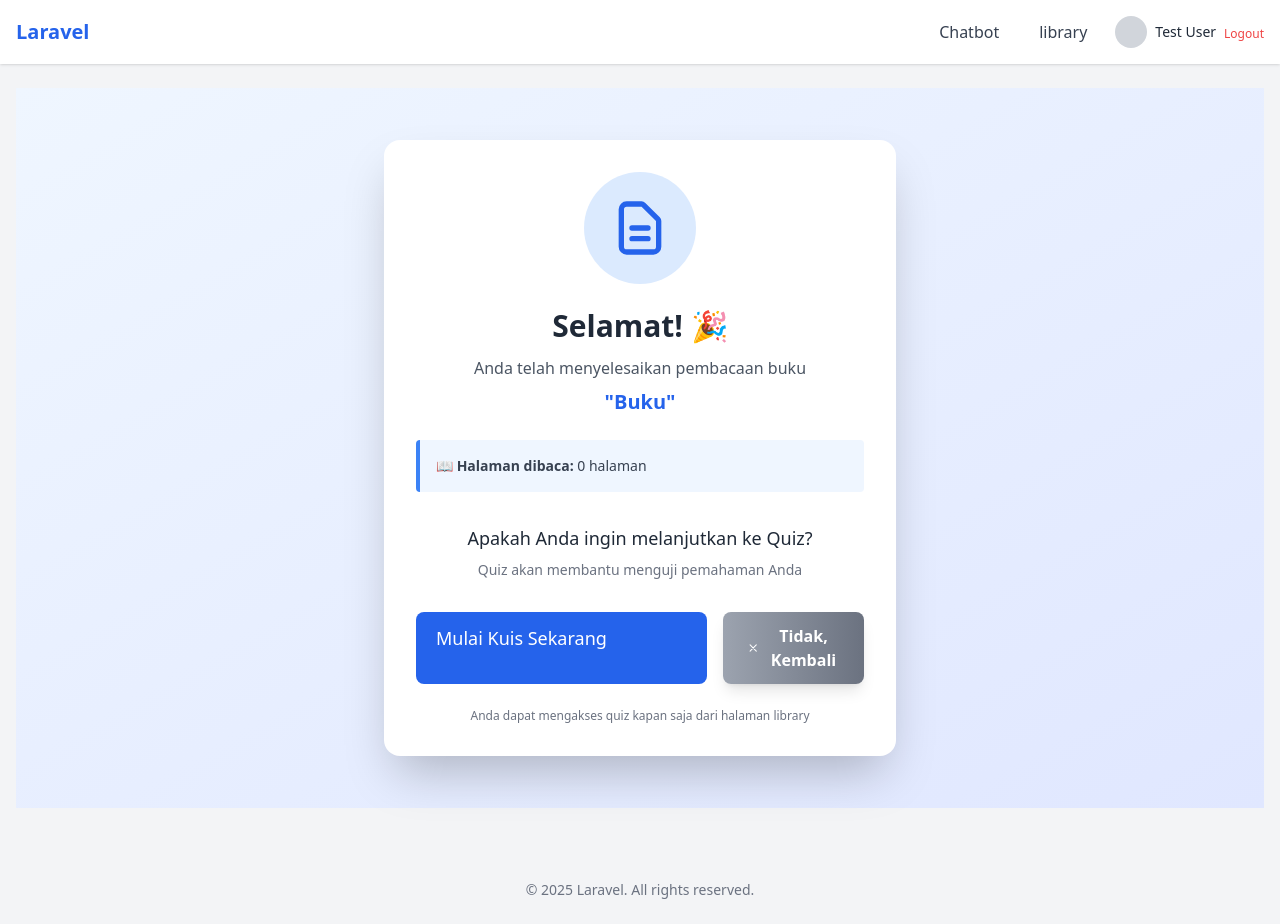
Repository: daffa-alif/lomba-NeuroGamy
Page: http://localhost/quiz/confirmation
These files come from the project's save history. The page is drawn as it stood at one moment and after the next save; the edit follows.
The browser window is 1280 px wide. The pictures show the whole page.
Some web libraries are served in a nearby version. The page is served by the project's Laravel application, run on PHP 8.4 with Laravel 12. A made-up administrator, Test User (test@example.com), is signed in.

Above is the page before, as saved 2025-10-02 00:28:54.

After the next save:
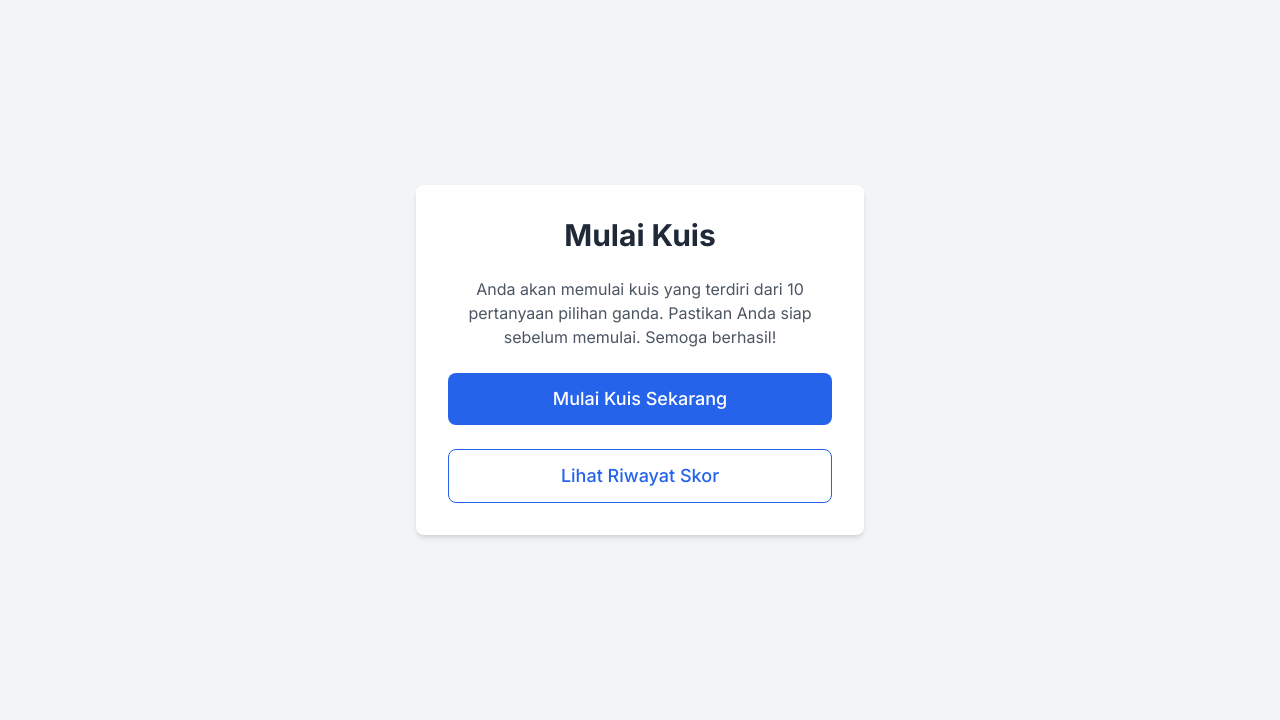
Saved 6 s later.
--- a/resources/views/quiz/confirmation.blade.php
+++ b/resources/views/quiz/confirmation.blade.php
@@ -1,90 +1,30 @@
-@extends('layouts.app')
-
-@section('content')
-<div class="min-h-screen bg-gradient-to-br from-blue-50 to-indigo-100 flex items-center justify-center p-4">
-    <div class="bg-white rounded-2xl shadow-2xl max-w-lg w-full p-8 transform transition-all">
-        <!-- Icon -->
-        <div class="flex justify-center mb-6">
-            <div class="bg-blue-100 rounded-full p-6">
-                <svg class="w-16 h-16 text-blue-600" fill="none" stroke="currentColor" viewBox="0 0 24 24">
-                    <path stroke-linecap="round" stroke-linejoin="round" stroke-width="2" d="M9 12h6m-6 4h6m2 5H7a2 2 0 01-2-2V5a2 2 0 012-2h5.586a1 1 0 01.707.293l5.414 5.414a1 1 0 01.293.707V19a2 2 0 01-2 2z"></path>
-                </svg>
-            </div>
-        </div>
-
-        <!-- Title -->
-        <h1 class="text-3xl font-bold text-center text-gray-800 mb-3">
-            Selamat! 🎉
-        </h1>
-
-        <!-- Message -->
-        <p class="text-center text-gray-600 mb-2">
-            Anda telah menyelesaikan pembacaan buku
+<!DOCTYPE html>
+<html lang="en">
+<head>
+    <meta charset="UTF-8">
+    <meta name="viewport" content="width=device-width, initial-scale=1.0">
+    <title>Quiz Confirmation</title>
+    <script src="https://cdn.tailwindcss.com"></script>
+    <link href="https://fonts.googleapis.com/css2?family=Inter:wght@400;500;600;700&display=swap" rel="stylesheet">
+    <style>
+        body {
+            font-family: 'Inter', sans-serif;
+        }
+    </style>
+</head>
+<body class="bg-gray-100 flex items-center justify-center min-h-screen">
+    <div class="w-full max-w-md p-8 space-y-6 bg-white rounded-lg shadow-md text-center">
+        <h1 class="text-3xl font-bold text-gray-800">Mulai Kuis</h1>
+        <p class="text-gray-600">
+            Anda akan memulai kuis yang terdiri dari 10 pertanyaan pilihan ganda.
+            Pastikan Anda siap sebelum memulai. Semoga berhasil!
         </p>
-        <p class="text-center text-xl font-semibold text-blue-600 mb-6">
-            "{{ $book->book_title ?? 'Buku' }}"
-        </p>
-
-        <!-- Info Box -->
-        <div class="bg-blue-50 border-l-4 border-blue-500 p-4 mb-8 rounded">
-            <p class="text-sm text-gray-700">
-                <span class="font-semibold">📖 Halaman dibaca:</span> {{ $pagesRead ?? 0 }} halaman
-            </p>
-        </div>
-
-        <!-- Question -->
-        <div class="text-center mb-8">
-            <p class="text-lg font-medium text-gray-800">
-                Apakah Anda ingin melanjutkan ke Quiz?
-            </p>
-            <p class="text-sm text-gray-500 mt-2">
-                Quiz akan membantu menguji pemahaman Anda
-            </p>
-        </div>
-
-        <!-- Buttons -->
-        <div class="flex flex-col sm:flex-row gap-4">
-            <!-- Yes Button -->
-          <a href="{{ route('quiz.index') }}" class="inline-block w-full px-5 py-3 text-lg font-medium text-white bg-blue-600 rounded-lg hover:bg-blue-700 focus:outline-none focus:ring-4 focus:ring-blue-300 transition duration-300">
+        <a href="{{ route('quiz.index') }}" class="inline-block w-full px-5 py-3 text-lg font-medium text-white bg-blue-600 rounded-lg hover:bg-blue-700 focus:outline-none focus:ring-4 focus:ring-blue-300 transition duration-300">
             Mulai Kuis Sekarang
         </a>
-
-            <!-- No Button -->
-            <a href="{{ route('library.index') }}"
-               class="flex-1 bg-gradient-to-r from-gray-400 to-gray-500 hover:from-gray-500 hover:to-gray-600 text-white font-semibold py-3 px-6 rounded-lg shadow-lg transform transition-all hover:scale-105 text-center">
-                <span class="flex items-center justify-center gap-2">
-                    <svg class="w-5 h-5" fill="none" stroke="currentColor" viewBox="0 0 24 24">
-                        <path stroke-linecap="round" stroke-linejoin="round" stroke-width="2" d="M6 18L18 6M6 6l12 12"></path>
-                    </svg>
-                    Tidak, Kembali
-                </span>
-            </a>
-        </div>
-
-        <!-- Additional Info -->
-        <div class="mt-6 text-center">
-            <p class="text-xs text-gray-500">
-                Anda dapat mengakses quiz kapan saja dari halaman library
-            </p>
-        </div>
+        <a href="{{ route('quiz.results') }}" class="inline-block w-full px-5 py-3 mt-4 text-lg font-medium text-blue-600 bg-transparent border border-blue-600 rounded-lg hover:bg-blue-50 focus:outline-none focus:ring-4 focus:ring-blue-300 transition duration-300">
+            Lihat Riwayat Skor
+        </a>
     </div>
-</div>
-
-<!-- Optional: Add animation -->
-<style>
-    @keyframes fadeInUp {
-        from {
-            opacity: 0;
-            transform: translateY(20px);
-        }
-        to {
-            opacity: 1;
-            transform: translateY(0);
-        }
-    }
-
-    .bg-white {
-        animation: fadeInUp 0.6s ease-out;
-    }
-</style>
-@endsection
+</body>
+</html>
